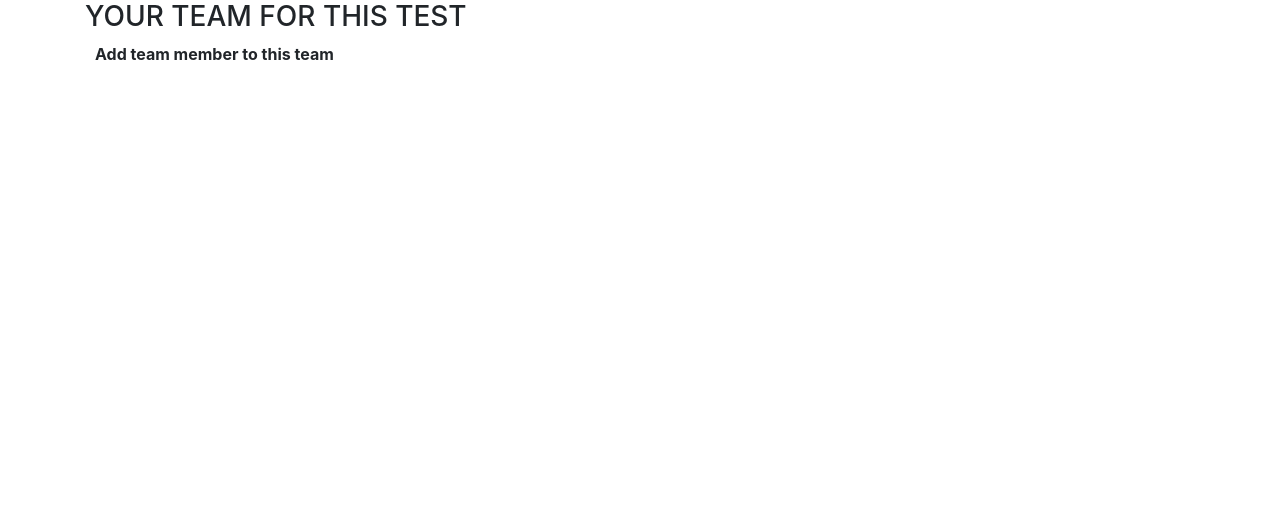
Repository: ftc92/team
Page: /
An editor plug-in stored every save of this project. The page is shown before and after the next save, followed by the edit.
The browser window is 1280 px wide. The pictures show the whole page.
Some web fonts or font styles are not loaded; a fallback is used. The project was rebuilt for these pictures with package versions that can differ from the ones it lists, and the page was loaded fresh each time. Also part of the build but not shown: src/components/selectMember.jsx.

Above is the page before, as saved 2019-01-20 17:05:33.

### src/index.js
import React from "react";
import ReactDOM from "react-dom";
import "./index.css";
import App from "./App";
import * as serviceWorker from "./serviceWorker";
import "bootstrap/dist/css/bootstrap.css";
import Select from "./components/selectMember";

ReactDOM.render(<App />, document.getElementById("root"));

// If you want your app to work offline and load faster, you can change
// unregister() to register() below. Note this comes with some pitfalls.
// Learn more about service workers: http://bit.ly/CRA-PWA
serviceWorker.register();

### src/App.jsx
import React, { Component } from "react";
import logo from "./logo.svg";
import "./App.css";
import Select from "./components/selectMember";
import Team from "./components/team";
import data from "./data.json";
import SelectSearch from "react-select-search";

class App extends Component {
  state = {
    users: data,
    members: []
  };

  handleClick = id => {
    let curr = this.state.users.filter(u => u.id == id);
    let members = [...curr, ...this.state.members];
    this.setState({ members });
  };

  handleDelete = id => {
    let members = this.state.members.filter(u => u.id != id);

    this.setState({ members });
  };

  render() {
    let difference = this.state.users.filter(
      x => !this.state.members.includes(x)
    );
    let usrs = difference.map(u => {
      return { name: u.username, value: u.id, photo: u.picture };
    });

    //console.log(usrs);
    return (
      <div className="container ">
        <h3>
          YOUR TEAM FOR THIS TEST
          <i class="fa fas fa-lg fa-users" />
        </h3>

        <Team
          members={this.state.members}
          users={usrs}
          onAdd={this.handleClick}
          onDelete={this.handleDelete}
        />
      </div>
    );
  }
}

export default App;

### src/App.css
.App {
  text-align: center;
}

.App-logo {
  animation: App-logo-spin infinite 20s linear;
  height: 40vmin;
}

.App-header {
  background-color: #282c34;
  min-height: 100vh;
  display: flex;
  flex-direction: column;
  align-items: center;
  justify-content: center;
  font-size: calc(10px + 2vmin);
  color: white;
}

.App-link {
  color: #61dafb;
}
.outer {
  margin: 30px;
}

@keyframes App-logo-spin {
  from {
    transform: rotate(0deg);
  }
  to {
    transform: rotate(360deg);
  }
}

[class*="fontawesome-"]:before {
  font-family: "fontawesome", sans-serif;
}

body {
  font-family: "Helvetica Neue", Helvetica, Arial, sans-serif;
}

.select-search-box {
  width: 300px;
  position: relative;
  margin-bottom: 20px;
  background: #fff;
  border-radius: 4px;
}

.select-search-box--multiple {
  border-radius: 4px;
  box-shadow: 0 7px 14px 0 rgba(50, 50, 93, 0.1),
    0 3px 6px 0 rgba(0, 0, 0, 0.07);
  overflow: hidden;
}

.select-search-box::after {
  font-family: fontawesome;
  content: "\f078";
  position: absolute;
  top: 0;
  right: 0;
  width: 40px;
  text-align: center;
  line-height: 50px;
  color: #222f3e;
  z-index: 1;
}

.select-search-box--multiple::after {
  content: "\f002";
}

.select-search-box--input::after {
  display: none !important;
}

.select-search-box__out {
  display: none;
}

.select-search-box__search {
  display: block;
  width: 100%;
  height: 50px;
  border: none;
  background: none;
  outline: none;
  font-size: 16px;
  padding: 0 20px;
  color: #222f3e;
  -webkit-appearance: none;
  box-sizing: border-box;
  position: relative;
  z-index: 2;
  cursor: pointer;
  font-family: "Helvetica Neue", Helvetica, Arial, sans-serif;
  line-height: 50px;
  box-shadow: 0 7px 14px 0 rgba(50, 50, 93, 0.1),
    0 3px 6px 0 rgba(0, 0, 0, 0.07);
}

input.select-search-box__search {
  line-height: 1;
}

.select-search-box--multiple .select-search-box__search {
  box-shadow: none;
}

.select-search-box--input .select-search-box__search {
  cursor: text;
}

.select-search-box__search:focus {
  cursor: text;
}

.select-search-box__search--placeholder {
  font-style: italic;
  font-weight: normal;
}

.select-search-box input::-webkit-input-placeholder {
  color: #ccc;
  font-style: italic;
  font-weight: normal;
}

.select-search-box input::-moz-placeholder {
  color: #ccc;
  font-style: italic;
  font-weight: normal;
}

.select-search-box input:-moz-placeholder {
  color: #ccc;
  font-style: italic;
  font-weight: normal;
}

.select-search-box input:-ms-input-placeholder {
  color: #ccc;
  font-style: italic;
  font-weight: normal;
}

input[type="search"]::-webkit-search-cancel-button,
input[type="search"]::-webkit-search-decoration {
  -webkit-appearance: none;
}

.select-search-box__select {
  display: none;
  position: absolute;
  top: 60px;
  left: 0;
  right: 0;
  background: #fff;
  border-radius: 4px;
  overflow: auto;
  box-shadow: 0 7px 14px 0 rgba(50, 50, 93, 0.1),
    0 3px 6px 0 rgba(0, 0, 0, 0.07);
  z-index: 100;
  min-height: 49px;
}

.select-search-box--multiple .select-search-box__select {
  display: block;
  position: static;
  border-top: 1px solid #eee;
  border-radius: 0;
  box-shadow: none;
}

.select-search-box__select--display {
  display: block;
}

.select-search-box__option {
  font-size: 16px;
  font-weight: 400;
  color: #616b74;
  padding: 15px 20px;
  border-top: 1px solid #eee;
  cursor: pointer;
  white-space: nowrap;
  overflow: hidden;
  text-overflow: ellipsis;
  user-select: none;
}

.select-search-box__option:first-child {
  border-top: none;
}

.select-search-box__option--hover,
.select-search-box__option:hover {
  background: #f4f7fa;
}

.select-search-box__option--selected {
  background: #54a0ff;
  color: #fff;
  border-top-color: #2184ff;
}

.select-search-box__option--selected:hover,
.select-search-box__option--selected.select-search-box__option--hover {
  background: #2184ff;
  color: #fff;
  border-top-color: #2184ff;
}

.select-search-box__group {
  margin-top: 20px;
  padding-top: 20px;
  border-top: 1px solid #eee;
  position: relative;
}

.select-search-box__group-header {
  position: absolute;
  top: 0;
  left: 50%;
  transform: translate(-50%, -50%);
  background: white;
  padding: 0 10px;
  color: rgba(0, 0, 0, 0.5);
  font-size: 12px;
}

### src/components/team.jsx
import React, { Component } from "react";
import "./team.css";
import SelectSearch from "react-select-search";

class Team extends Component {
  state = { showList: false };

  showList = () => {
    console.log("showww");
    this.setState({ showList: true });
  };

  hideList = () => {
    console.log("hideeeeee");
    this.setState({ showList: false });
  };

  render() {
    function renderFriend(option) {
      const imgStyle = {
        borderRadius: "50%",
        verticalAlign: "middle",
        marginRight: 10
      };

      return (
        <span>
          <img style={imgStyle} width="40" height="40" src={option.photo} />
          <span>{option.name}</span>
        </span>
      );
    }

    return (
      <div>
        <div className="_outer">
          {this.state.showList ? (
            <SelectSearch
              name="friends"
              multiple={false}
              autofocus={true}
              height={99}
              options={this.props.users}
              placeholder="Add team member to list"
              onChange={(value, state, props) => {
                this.props.onAdd(value.value);
                this.hideList();
              }}
              onBlur={(value, state, props) => {
                this.hideList();
              }}
              renderOption={renderFriend}
            />
          ) : (
            <div className="kanban  add_card " onClick={() => this.showList()}>
              <span>
                <i className="fa fa-plus add_icon" aria-hidden="true" />
                <b className="details">Add team member to this team</b>
              </span>
            </div>
          )}

          {this.props.members.map(m => (
            <div className="kanban profile" key={m.id}>
              <div className="photo_cnt">
                <img className="photo" alt="img" src={m.picture} />
                <i
                  className="fa fa-times del_usr"
                  aria-hidden="true"
                  onClick={() => {
                    this.props.onDelete(m.id);
                  }}
                />
              </div>
              <div className="details">
                <div>{m.role}</div>
                <b>{m.username}</b>
              </div>
            </div>
          ))}
        </div>
      </div>
    );
  }
}

export default Team;

### src/data.json
[
  {
    "username": "Max Mustermann",
    "role": "Admin",
    "picture": "avatar-default.png",
    "id": 1
  },
  {
    "username": "Erika Mustermann",
    "role": "Internal",
    "picture": "avatar-default.png",
    "id": 2
  },
  {
    "username": "Minta J\u00e1nos",
    "role": "Internal",
    "picture": "avatar-default.png",
    "id": 3
  },
  {
    "username": "Minta Kata",
    "role": "External",
    "picture": "avatar-default.png",
    "id": 4
  },
  {
    "username": "Jin-Soo Kwon",
    "role": "Internal",
    "picture": "avatar-default.png",
    "id": 5
  },
  {
    "username": "Sun-Hwa Kwon",
    "role": "Internal",
    "picture": "avatar-default.png",
    "id": 6
  },
  {
    "username": "Desmond Hume",
    "role": "Admin",
    "picture": "avatar-default.png",
    "id": 7
  },
  {
    "username": "Duncan Idaho",
    "role": "External",
    "picture": "avatar-default.png",
    "id": 8
  },
  {
    "username": "Georgia Lass",
    "role": "External",
    "picture": "avatar-default.png",
    "id": 9
  },
  {
    "username": "Betty Rhomer",
    "role": "Internal",
    "picture": "avatar-default.png",
    "id": 10
  }
]

### src/components/team.css
.photo {
  border-radius: 53px;
  height: 100%;
}
.photo_cnt {
  border-radius: 53px;
  height: 42px;
  text-align: center;
}
.details {
  margin-left: 10px;
  height: 42px;
}
.roww {
  display: flex;
  padding: 20px;
}

.del_usr {
  color: orangered;
  display: none;
  height: 42px;
  width: 42px;
  padding: 11px;
}
.del_usr:hover {
  border-radius: 53px;
  border: solid 1px;
}

.roww:hover .del_usr {
  display: block;
}

.roww:hover .photo {
  display: none;
}
.roww:hover {
  background: aliceblue;
}

.select-search-box {
  width: 300px;
  position: relative;
  margin-bottom: 20px;
  background: #fff;
  border-radius: 4px;
}

.select-search-box--multiple {
  border-radius: 4px;
  box-shadow: 0 7px 14px 0 rgba(50, 50, 93, 0.1),
    0 3px 6px 0 rgba(0, 0, 0, 0.07);
  overflow: hidden;
}

.select-search-box::after {
  font-family: fontawesome;
  content: "\f078";
  position: absolute;
  top: 0;
  right: 0;
  width: 40px;
  text-align: center;
  line-height: 50px;
  color: #222f3e;
  z-index: 1;
}

.select-search-box--multiple::after {
  content: "\f002";
}

.select-search-box--input::after {
  display: none !important;
}

.select-search-box__out {
  display: none;
}

.select-search-box__search {
  display: block;
  width: 100%;
  height: 50px;
  border: none;
  background: none;
  outline: none;
  font-size: 16px;
  padding: 0 20px;
  color: #222f3e;
  -webkit-appearance: none;
  box-sizing: border-box;
  position: relative;
  z-index: 2;
  cursor: pointer;
  font-family: "Helvetica Neue", Helvetica, Arial, sans-serif;
  line-height: 50px;
  box-shadow: 0 7px 14px 0 rgba(50, 50, 93, 0.1),
    0 3px 6px 0 rgba(0, 0, 0, 0.07);
}

input.select-search-box__search {
  line-height: 1;
}

.select-search-box--multiple .select-search-box__search {
  box-shadow: none;
}

.select-search-box--input .select-search-box__search {
  cursor: text;
}

.select-search-box__search:focus {
  cursor: text;
}

.select-search-box__search--placeholder {
  font-style: italic;
  font-weight: normal;
}

.select-search-box input::-webkit-input-placeholder {
  color: #ccc;
  font-style: italic;
  font-weight: normal;
}

.select-search-box input::-moz-placeholder {
  color: #ccc;
  font-style: italic;
  font-weight: normal;
}

.select-search-box input:-moz-placeholder {
  color: #ccc;
  font-style: italic;
  font-weight: normal;
}

.select-search-box input:-ms-input-placeholder {
  color: #ccc;
  font-style: italic;
  font-weight: normal;
}

input[type="search"]::-webkit-search-cancel-button,
input[type="search"]::-webkit-search-decoration {
  -webkit-appearance: none;
}

.select-search-box__select {
  display: none;
  position: absolute;
  top: 60px;
  left: 0;
  right: 0;
  background: #fff;
  border-radius: 4px;
  overflow: auto;
  box-shadow: 0 7px 14px 0 rgba(50, 50, 93, 0.1),
    0 3px 6px 0 rgba(0, 0, 0, 0.07);
  z-index: 100;
  min-height: 49px;
}

.select-search-box--multiple .select-search-box__select {
  display: block;
  position: static;
  border-top: 1px solid #eee;
  border-radius: 0;
  box-shadow: none;
}

.select-search-box__select--display {
  display: block;
}

.select-search-box__option {
  font-size: 16px;
  font-weight: 400;
  color: #616b74;
  padding: 15px 20px;
  border-top: 1px solid #eee;
  cursor: pointer;
  white-space: nowrap;
  overflow: hidden;
  text-overflow: ellipsis;
  user-select: none;
}

.select-search-box__option:first-child {
  border-top: none;
}

.select-search-box__option--hover,
.select-search-box__option:hover {
  background: #f4f7fa;
}

.select-search-box__option--selected {
  background: #54a0ff;
  color: #fff;
  border-top-color: #2184ff;
}

.select-search-box__option--selected:hover,
.select-search-box__option--selected.select-search-box__option--hover {
  background: #2184ff;
  color: #fff;
  border-top-color: #2184ff;
}

.select-search-box__group {
  margin-top: 20px;
  padding-top: 20px;
  border-top: 1px solid #eee;
  position: relative;
}

.select-search-box__group-header {
  position: absolute;
  top: 0;
  left: 50%;
  transform: translate(-50%, -50%);
  background: white;
  padding: 0 10px;
  color: rgba(0, 0, 0, 0.5);
  font-size: 12px;
}

Loaded but not shown: public/index.html (common file); src/index.css (common file); src/serviceWorker.js (common file)

After the next save:
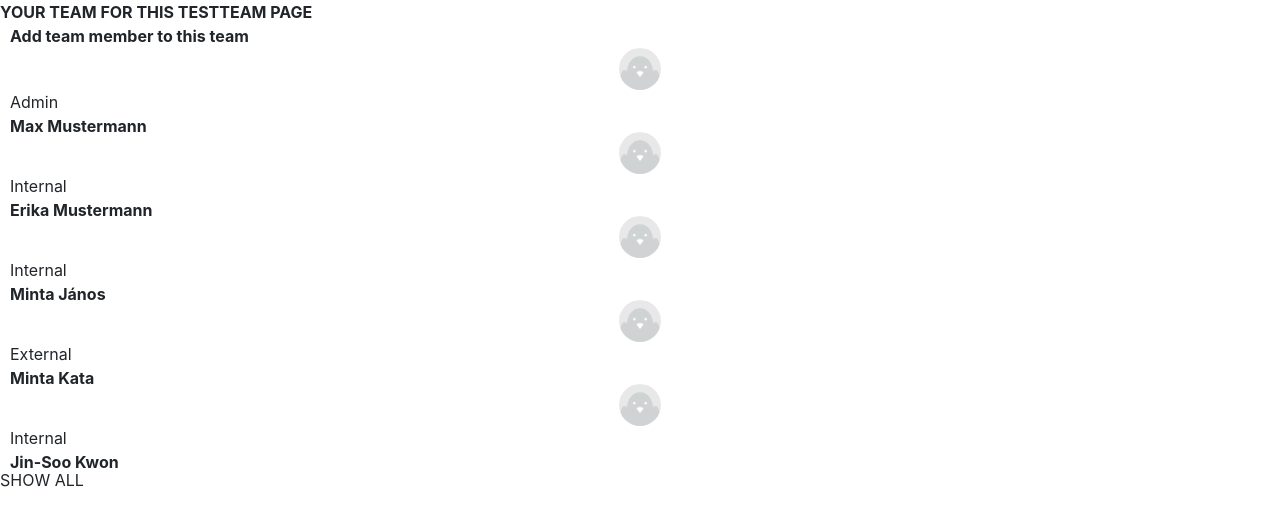
Saved 3 s later.
--- a/src/App.jsx
+++ b/src/App.jsx
@@ -9,12 +9,14 @@ import SelectSearch from "react-select-search";
 class App extends Component {
   state = {
     users: data,
-    members: []
+    members: data,
+    showAll: false,
+    max: 5
   };
 
   handleClick = id => {
     let curr = this.state.users.filter(u => u.id == id);
-    let members = [...curr, ...this.state.members];
+    let members = [...this.state.members, ...curr];
     this.setState({ members });
   };
 
@@ -22,6 +24,10 @@ class App extends Component {
     let members = this.state.members.filter(u => u.id != id);
 
     this.setState({ members });
+  };
+  showAll = () => {
+    console.log("showAll");
+    this.setState({ showAll: true });
   };
 
   render() {
@@ -31,21 +37,36 @@ class App extends Component {
     let usrs = difference.map(u => {
       return { name: u.username, value: u.id, photo: u.picture };
     });
+    let to_show = this.state.members.slice(0, this.state.max);
 
-    //console.log(usrs);
+    if (this.state.showAll) {
+      to_show = this.state.members;
+    }
+
+    console.log(usrs.slice(0, 43));
     return (
-      <div className="container ">
-        <h3>
-          YOUR TEAM FOR THIS TEST
-          <i class="fa fas fa-lg fa-users" />
-        </h3>
+      <div>
+        <div className="container_main ">
+          <b className="top_heading ">
+            YOUR TEAM FOR THIS TEST
+            <span className="team_icon ">
+              TEAM PAGE
+              <i class="fa fas fa-lg fa-users" />
+            </span>
+          </b>
 
-        <Team
-          members={this.state.members}
-          users={usrs}
-          onAdd={this.handleClick}
-          onDelete={this.handleDelete}
-        />
+          <Team
+            members={to_show}
+            users={usrs}
+            onAdd={this.handleClick}
+            onDelete={this.handleDelete}
+          />
+        </div>
+        {!this.state.showAll && this.state.members.length > this.state.max && (
+          <div className="show_all" onClick={() => this.showAll()}>
+            SHOW ALL<i class="fa fa-angle-down" aria-hidden="true" />
+          </div>
+        )}
       </div>
     );
   }
